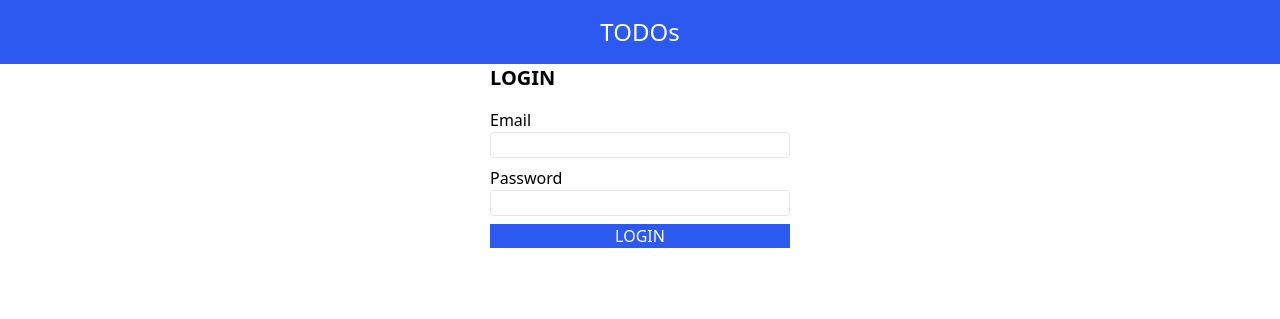
Repository: Jay-JYKim91/wanted-pre-onboarding-challenge-fe-1
Page: /auth
The author's editor kept a copy of each file at every save. The page is drawn from the files as they stood at one save, then again after the next save.
The browser window is 1280 px wide. The pictures show the whole page.
The project was rebuilt for these pictures with package versions that can differ from the ones it lists, and the page was loaded fresh each time.

Above is the page before, as saved 2022-07-29 19:54:26.

After the next save:
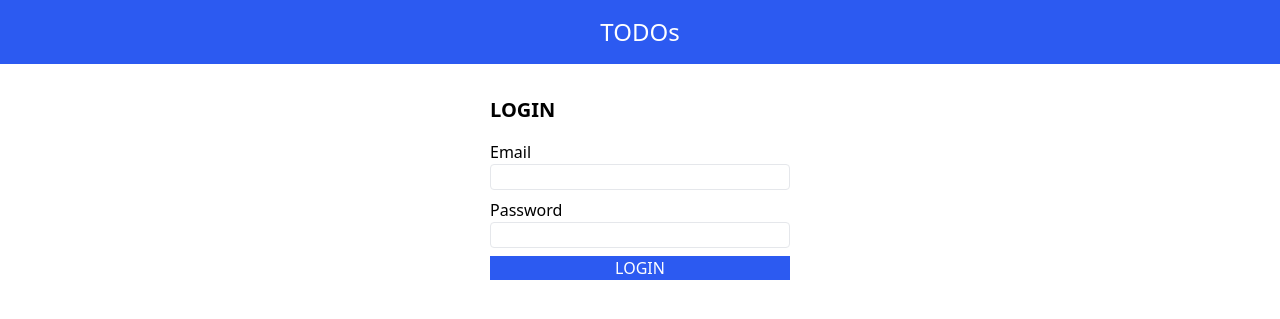
Saved 8 s later.
--- a/src/page/Auth.tsx
+++ b/src/page/Auth.tsx
@@ -3,7 +3,7 @@ import React from "react"
 function Auth() {
   return (
     <div>
-      <div className="max-w-[300px] m-auto">
+      <div className="max-w-[300px] m-auto my-8">
         <h1 className="font-bold text-xl">LOGIN</h1>
         <form className="my-4">
           <div className="flex flex-col mb-2">
